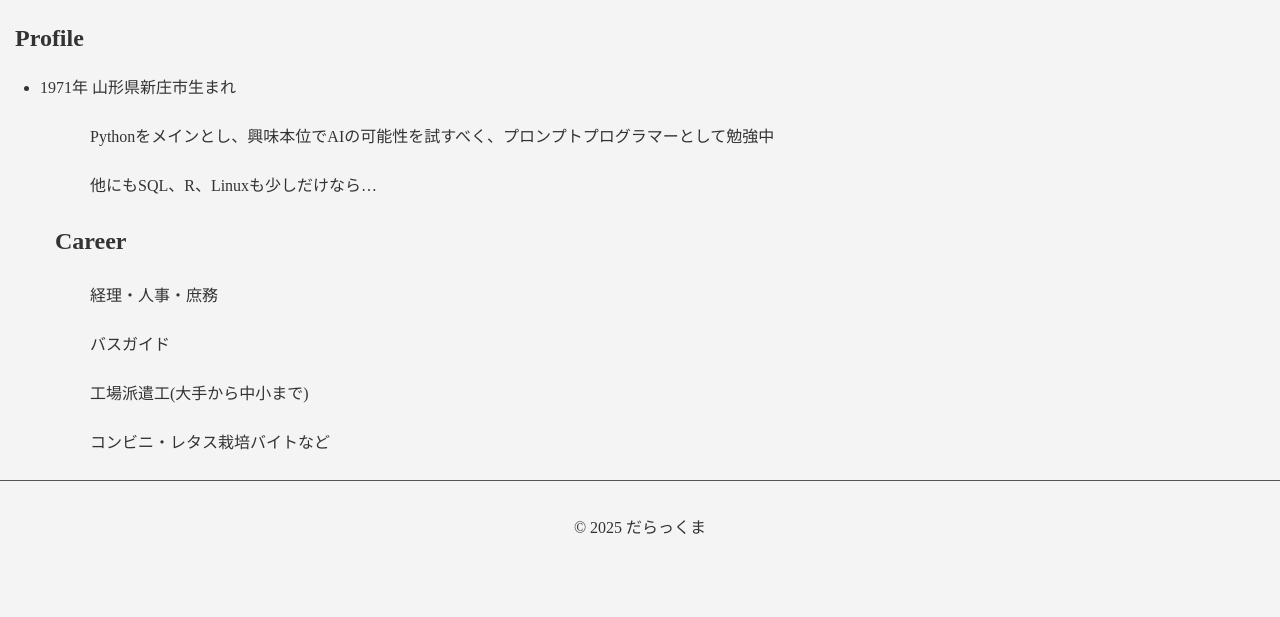
Repository: rydeen7907/html
Page: profile.html
The author's editor kept a copy of each file at every save. The page is drawn from the files as they stood at one save, then again after the next save.
The browser window is 1280 px wide. The pictures show the whole page.

Above is the page before, as saved 2025-04-27 17:40:07.

After the next save:
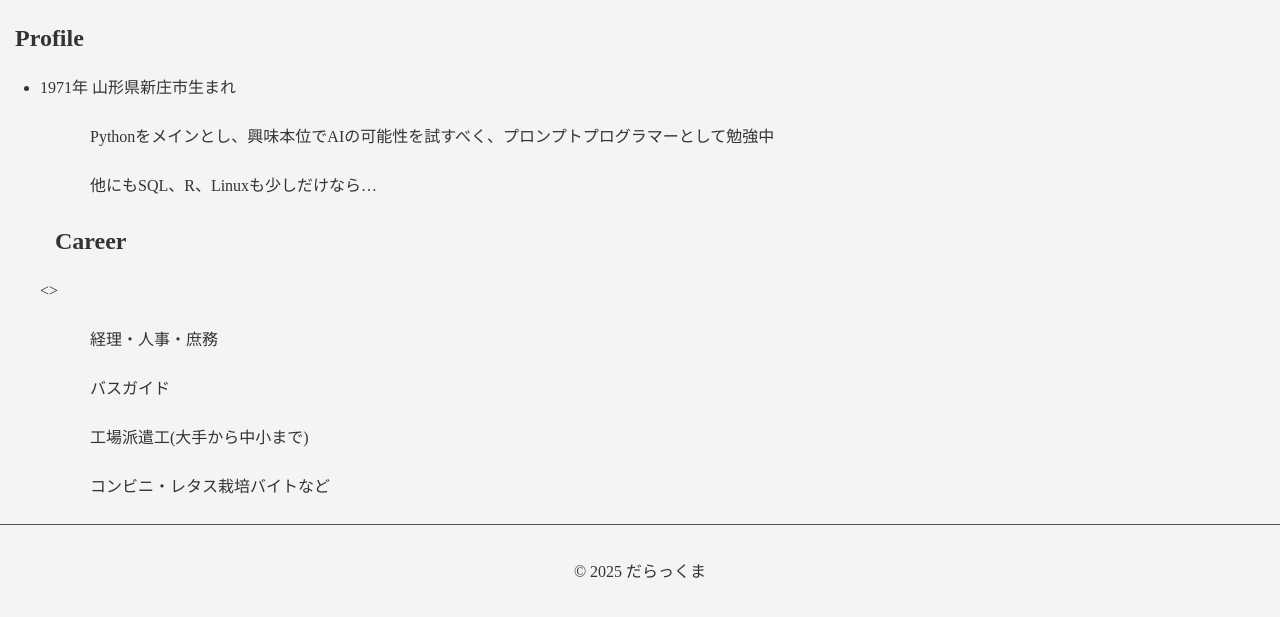
Saved 11 s later.
--- a/profile.html
+++ b/profile.html
@@ -17,7 +17,7 @@
             <p>他にもSQL、R、Linuxも少しだけなら…</p>
 
         <h2>Career</h2>
-
+        <>
         <p>経理・人事・庶務</p>
 
         <p>バスガイド</p>
